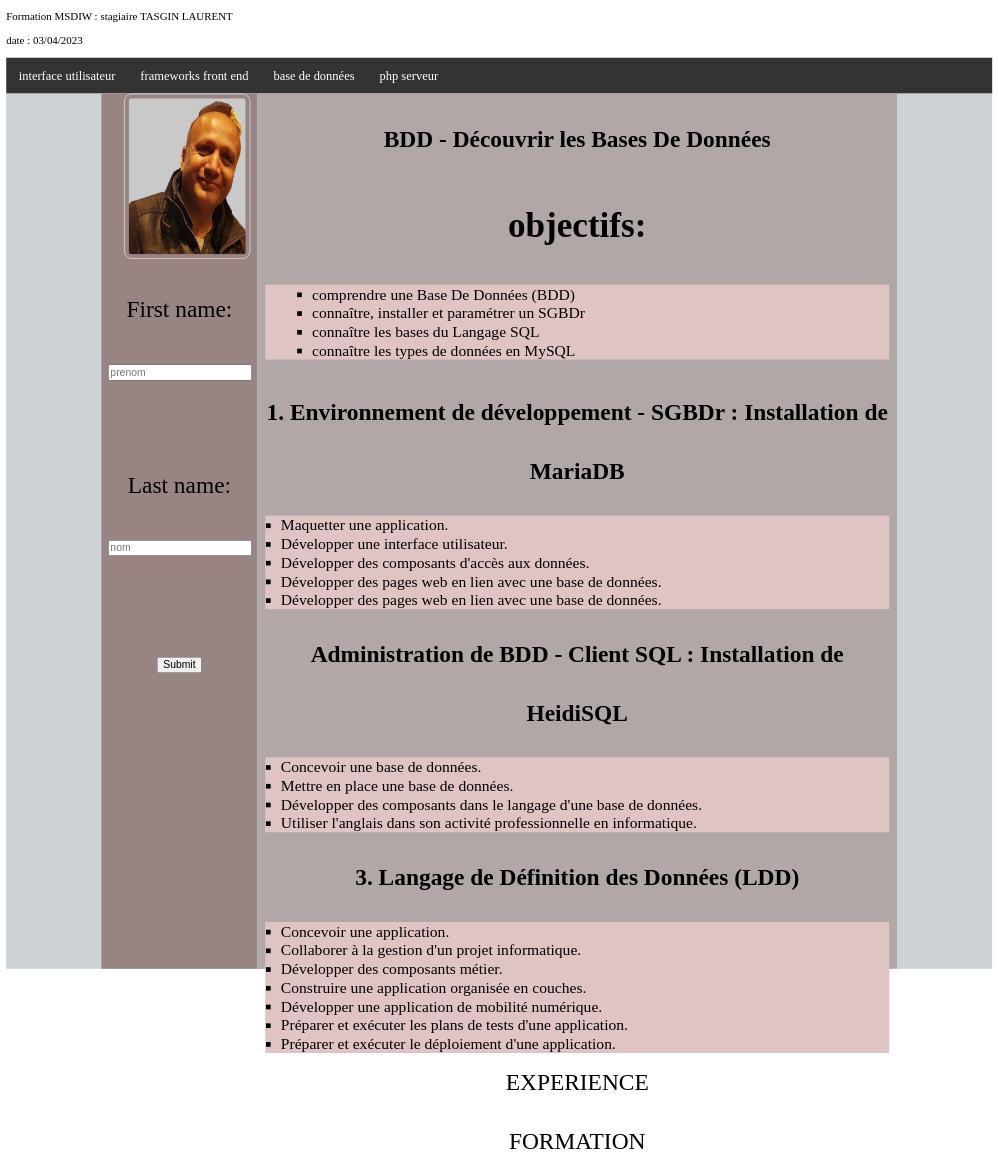
Repository: laurentbul/ApplicationEssai
Page: exercice/ex1/stagiaire_laurent/BACK/BDD/SQL/bdd1_alimenter.html
An editor plug-in stored every save of this project. The page is shown before and after the next save, followed by the edit.
The browser window is 1280 px wide. The pictures show the whole page, at 78% of full size.

Above is the page before, as saved 2023-04-06 06:39:36.

### exercice/ex1/stagiaire_laurent/BACK/BDD/SQL/bdd1_alimenter.html
<!DOCTYPE html>
<html lang="en">

<head>
  <meta charset="UTF-8">
  <meta http-equiv="X-UA-Compatible" content="IE=edge">
  <meta name="viewport" content="width=device-width, initial-scale=1.0">
  <link rel="icon" type="image/x-icon" sizes="30x30" href="../IMG/img.jpeg">
  <link rel="stylesheet" href="/FRONT/STATIQUE/CSS/msdiw.css">
  <title>Document</title>
  <style>
  </style>
</head>
</head>

<body>
  <p>Formation MSDIW : stagiaire TASGIN LAURENT</p>
  <p>date : 03/04/2023</p>
  <ul>
    <li><a href="./interface_utilisateur.html">interface utilisateur</a></li>
    <li><a href="./interface_utilisateur.html">frameworks front end</a></li>
    <li><a href="./interface_utilisateur.html">base de données</a></li>
    <li><a href="./interface_utilisateur.html">php serveur</a></li>
  </ul>
  <!-- <div>
        <input type="color" id="head" name="head" value="blue">
        <label for="head">Head</label>
    </div> -->
  <div class="flex-container">
    <div class="div_gauche">
      <img src="../IMG/img.jpeg" alt="photo d'identité" width="200" height="200">
      <form action="/action_page.php">
        <label for="fname">First name:</label>
        <input type="text" id="fname" name="fname" placeholder="prenom"><br><br>
        <label for="lname">Last name:</label>
        <input type="text" id="lname" name="lname" placeholder="nom"><br><br>
        <input type="submit" value="Submit">
      </form>
    </div>
    <div class="div_droite">
      <div>

        <h1>BDD - Découvrir les Bases De Données</h1>
        <h3>objectifs:</h3>

        <ol class="paragraphe">
            <li class="competence" >comprendre une Base De Données (BDD)</li>
            <li class="competence" >connaître, installer et paramétrer un SGBDr</li>
            <li class="competence" >connaître les bases du Langage  SQL</li>
            <li class="competence" >connaître les types de données  en MySQL</li>
        </ol>



        <h1 class="titre">1. Environnement de développement - SGBDr : Installation de MariaDB</h1>
        <ul class="paragraphe" >
          <li class="competence"> Maquetter une application.</li>
          <li class="competence"> Développer une interface utilisateur.</li>
          <li class="competence"> Développer des composants d'accès aux données.</li>
          <li class="competence"> Développer des pages web en lien avec une base de données.</li>
          <li class="competence"> Développer des pages web en lien avec une base de données.</li>
        </ul>
        <h1 class="titre">Administration de BDD - Client SQL : Installation de HeidiSQL</h1>
        <ul class="paragraphe" >
          <li class="competence">Concevoir une base de données.</li>
          <li class="competence">Mettre en place une base de données.</li>
          <li class="competence">Développer des composants dans le langage d'une base de données.</li>
          <li class="competence"> Utiliser l'anglais dans son activité professionnelle en informatique.</li>
        </ul>
        <h1 class="titre">3. Langage de Définition des Données (LDD)</h1>
        <ul class="paragraphe">
          <li class="competence"> Concevoir une application.</li>
          <li class="competence"> Collaborer à la gestion d'un projet informatique.</li>
          <li class="competence"> Développer des composants métier.</li>
          <li class="competence"> Construire une application organisée en couches.</li>
          <li class="competence"> Développer une application de mobilité numérique.</li>
          <li class="competence"> Préparer et exécuter les plans de tests d'une application.</li>
          <li class="competence"> Préparer et exécuter le déploiement d'une application.</li>
        </ul>
      </div>
      <div>EXPERIENCE</div>
      <div>FORMATION</div>
    </div>
</body>

</html>

### exercice/ex1/stagiaire_laurent/FRONT/STATIQUE/CSS/msdiw.css
.corps{
    background-color: rgb(201, 149, 71);
    width:900px;
    border: 1px;
  margin-top: 10px;
  margin-left: auto;
  margin-right: auto;
  padding:50px;
}
.paragraphe{
    background-color: #e0c4c4;
    line-height:80%;
    list-style-type:square;
}
.competence{
    font-size: 20px;
    margin-left: 20px;
    float:none;
    text-align:left;
}


h1 {
    font-size: 30px;
  }

  h3 {
 display: block;
  font-size: 1.5em;
  margin-top: 0.83em;
  margin-bottom: 0.83em;
  margin-left: 0;
  margin-right: 0;
  font-weight: bold;
  }

  p {
    font-size: 14px;
  }

.flex-container {
    display: flex;
    flex-direction: row;
    background-color: rgb(205, 210, 214);
  }

  .flex-container > div {

    text-align: center;
    line-height: 75px;
    font-size: 30px;
  }

  .div_gauche{
    background-color: #998484;
    width: 200px;
    margin-left: auto;
    height: 1122px; ;
  }
  .div_droite{
    background-color: #b1a7a7;
    width: 800px;
    height: 1122px;
    margin-right: auto;
    padding-left: 10px;
    padding-right: 10px;
  }

ul {
    list-style-type: none;
    margin: 0;
    padding: 0;
    overflow: hidden;
    background-color: #333;
}

li {
    float: left;
}

li a {
    display: block;
    color: white;
    text-align: center;
    padding: 14px 16px;
    text-decoration: none;
}

li a:hover {
    background-color: #111;
}

.meta{
    /* background-color: rgb(168, 161, 166); */
    width: 900px;
}
.title{
    /* background-color: rgb(221, 219, 214); */
    width: 600px;
}
.utf8{
    /* background-color: rgb(198, 204, 207); */
    width: 600px;
}
.image{
    /* background-color: rgb(198, 204, 207); */
    width: 600px;
}
.css{
    /* background-color: rgb(198, 204, 207); */
    width: 600px;
}
img {
    border: 1px solid #ddd;
    border-radius: 10px;
    padding: 5px;
    width: 150px;
    margin-left: 20px;

  }

After the next save:
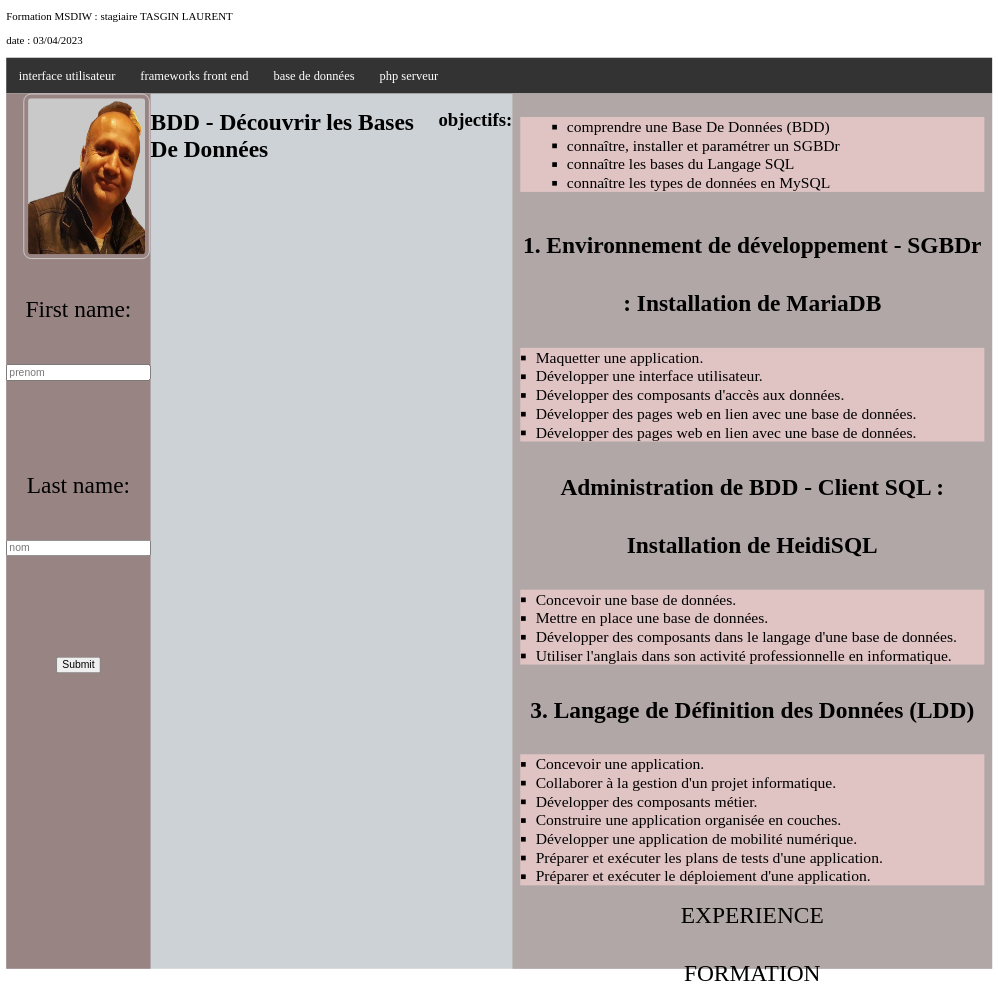
Saved 2 min 8 s later.
--- a/exercice/ex1/stagiaire_laurent/BACK/BDD/SQL/bdd1_alimenter.html
+++ b/exercice/ex1/stagiaire_laurent/BACK/BDD/SQL/bdd1_alimenter.html
@@ -37,11 +37,12 @@
         <input type="submit" value="Submit">
       </form>
     </div>
+    <h1>BDD - Découvrir les Bases De Données</h1>
+    <h3>objectifs:</h3>
     <div class="div_droite">
       <div>
 
-        <h1>BDD - Découvrir les Bases De Données</h1>
-        <h3>objectifs:</h3>
+
 
         <ol class="paragraphe">
             <li class="competence" >comprendre une Base De Données (BDD)</li>
